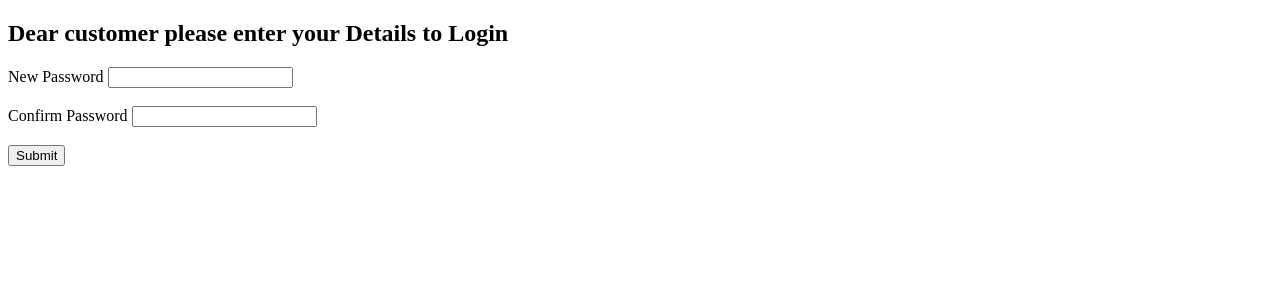
Repository: KGDarshan/BankApplication
Page: CaravanBanking/WebContent/ChangePwd.html
The author's editor kept a copy of each file at every save. The page is drawn from the files as they stood at one save, then again after the next save.
The browser window is 1280 px wide. The pictures show the whole page.

Above is the page before, as saved 2020-10-09 10:06:51.

### CaravanBanking/WebContent/ChangePwd.html
<!DOCTYPE html>
<html>
<head>
<meta charset="ISO-8859-1">
<title>Insert title here</title>
</head>
<body>
<h2>Dear customer please enter your Details to Login</h2>
	<form action="ChangePwd" method="post">

		<label>New Password</label>
		<input type="password" name="npwd"><br><br>

		<label>Confirm Password</label>
		<input type="password" name="cpwd"><br><br>

		<input type="submit">
	</form>
</body>
</html>

After the next save:
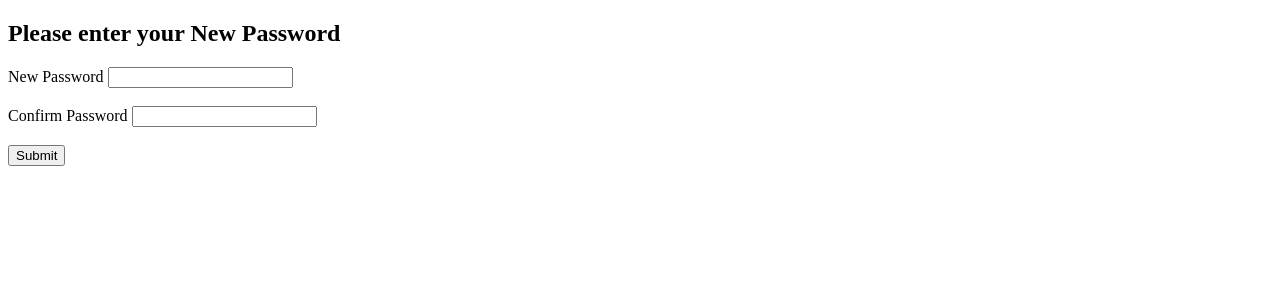
Saved 25 s later.
--- a/CaravanBanking/WebContent/ChangePwd.html
+++ b/CaravanBanking/WebContent/ChangePwd.html
@@ -5,7 +5,7 @@
 <title>Insert title here</title>
 </head>
 <body>
-<h2>Dear customer please enter your Details to Login</h2>
+<h2>Please enter your New Password</h2>
 	<form action="ChangePwd" method="post">
 
 		<label>New Password</label>
